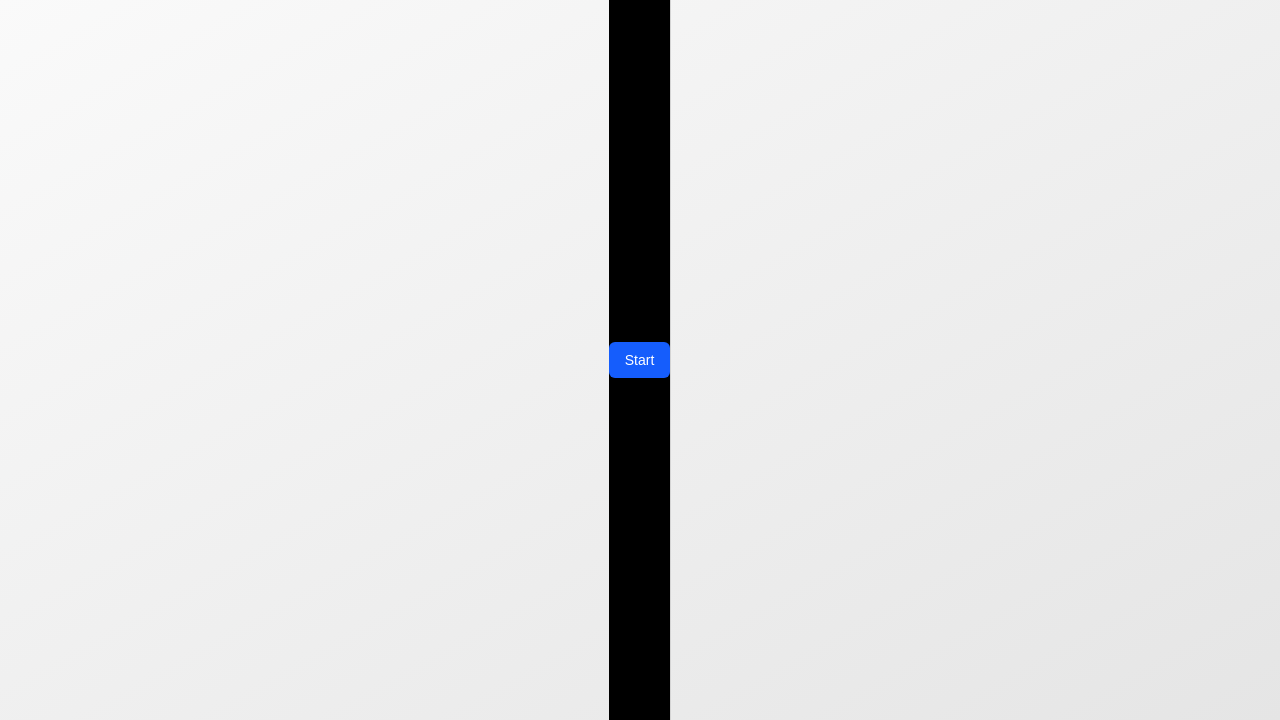
Repository: akanksha653/connectify
Page: /anonymous
The author's editor kept a copy of each file at every save. The page is drawn from the files as they stood at one save, then again after the next save.
The browser window is 1280 px wide. The pictures show the whole page.
The page's requests for data from a server got no answer. The project was rebuilt for these pictures with package versions that can differ from the ones it lists, and the page was loaded fresh each time. The framework's server and built-in components were replaced by stand-ins that run in the browser. No one was signed in, and anything a server would have sent is missing. Also part of the build but not shown: next.config.ts, components/video/LocalVideo.tsx, components/video/RemoteVideo.tsx, components/chat/Message.tsx, components/chat/ChatBox.tsx.

Above is the page before, as saved 2025-07-12 13:30:48.

### src/app/anonymous/page.tsx
"use client";

import React from "react";
// Update the import path below to the correct relative path if needed
import AnonymousChatRoom from "../../../features/anonymousChat/components/AnonymousChatRoom";

export default function AnonymousPage() {
  return (
    <main className="flex min-h-screen flex-col items-center justify-center bg-gradient-to-br from-neutral-50 to-neutral-200 dark:from-neutral-900 dark:to-neutral-800 px-4">
      <AnonymousChatRoom />
    </main>
  );
}

### features/anonymousChat/components/AnonymousChatRoom.tsx
"use client";

import React, { useEffect, useState, useCallback } from "react";
import useWebRTC from "../hooks/useWebRTC";
import useSocket from "../hooks/useSocket";
import LocalVideo from "../../../components/video/LocalVideo";
import RemoteVideo from "../../../components/video/RemoteVideo";
import ChatBox from "../../../components/chat/ChatBox";
import FindingPartner from "./FindingPartner";
import Button from "../../../components/common/Button";

export default function AnonymousChatRoom() {
  const [roomId, setRoomId] = useState<string | null>(null);
  const [isOfferer, setIsOfferer] = useState<boolean | null>(null);
  const [loading, setLoading] = useState(false);
  const [chatStarted, setChatStarted] = useState(false);

  const socket = useSocket();

  // ✅ Initialize WebRTC only when roomId & isOfferer are assigned
  const { localStream, remoteStream, stopWebRTC } = useWebRTC(roomId, isOfferer);

  /**
   * ✅ Handle 'matched' event from server
   */
  const handleMatched = useCallback(
    ({
      roomId,
      partnerId,
      isOfferer,
    }: {
      roomId: string;
      partnerId: string;
      isOfferer: boolean;
    }) => {
      console.log("🎉 Matched in room:", roomId, "Offerer:", isOfferer);
      setRoomId(roomId);
      setIsOfferer(isOfferer);
      setLoading(false);

      // ✅ Join assigned room after server matching
      socket?.emit("join-room", roomId);
    },
    [socket]
  );

  /**
   * ✅ Register matched event listener
   */
  useEffect(() => {
    if (!socket) return;

    socket.off("matched", handleMatched); // Prevent duplicate listeners
    socket.on("matched", handleMatched);

    return () => {
      socket.off("matched", handleMatched);
    };
  }, [socket, handleMatched]);

  /**
   * ✅ Listen for socket connect/disconnect
   */
  useEffect(() => {
    if (!socket) return;

    const handleDisconnect = () => {
      console.log("⚠️ Disconnected from socket server");
      setLoading(true);
    };

    const handleConnect = () => {
      console.log("✅ Connected to socket server:", socket.id);
    };

    socket.on("disconnect", handleDisconnect);
    socket.on("connect", handleConnect);

    return () => {
      socket.off("disconnect", handleDisconnect);
      socket.off("connect", handleConnect);
    };
  }, [socket]);

  /**
   * ✅ Update loading state when remote stream arrives
   */
  useEffect(() => {
    if (remoteStream) {
      setLoading(false);
    }
  }, [remoteStream]);

  /**
   * ✅ Leave room on unmount
   */
  useEffect(() => {
    return () => {
      if (socket && roomId) {
        socket.emit("leave-room", roomId);
        console.log("👋 Left room:", roomId);
        stopWebRTC();
      }
    };
  }, [socket, roomId, stopWebRTC]);

  /**
   * ✅ Start chat handler
   */
  const handleStart = () => {
    setLoading(true);
    setChatStarted(true);
    socket?.emit("find-partner");
    console.log("🔍 Looking for partner...");
  };

  /**
   * ✅ Stop chat handler
   */
  const handleStop = () => {
    if (roomId) {
      socket?.emit("leave-room", roomId);
      console.log("🛑 Stopped chat, left room:", roomId);
    }
    stopWebRTC();
    setRoomId(null);
    setIsOfferer(null);
    setChatStarted(false);
    setLoading(false);
  };

  /**
   * ✅ Skip partner handler
   */
  const handleSkip = () => {
    console.log("⏭️ Skipping to next partner...");
    handleStop(); // Leave current room & cleanup
    handleStart(); // Find next partner
  };

  return (
    <div className="flex flex-col md:flex-row h-screen">
      {/* Video Section */}
      <div className="flex-1 bg-black flex items-center justify-center relative">
        {!chatStarted ? (
          <Button label="Start" onClick={handleStart} />
        ) : loading ? (
          <FindingPartner />
        ) : (
          <>
            <div className="absolute top-4 left-4 flex gap-2">
              <Button label="Stop" onClick={handleStop} className="bg-red-600 hover:bg-red-700" />
              <Button label="Skip" onClick={handleSkip} className="bg-yellow-600 hover:bg-yellow-700" />
            </div>
            <div className="absolute bottom-4 right-4 w-40 h-40 border-2 border-white rounded-md overflow-hidden">
              {localStream ? (
                <LocalVideo stream={localStream} />
              ) : (
                <div className="text-white text-sm">Loading camera...</div>
              )}
            </div>
            <RemoteVideo stream={remoteStream} />
          </>
        )}
      </div>

      {/* Chat Section */}
      <div className="md:w-1/3 bg-neutral-100 dark:bg-neutral-800 border-l border-neutral-300 dark:border-neutral-700 flex flex-col">
        {roomId && <ChatBox socket={socket} roomId={roomId} />}
      </div>
    </div>
  );
}

### features/anonymousChat/hooks/useWebRTC.ts
// features/anonymousChat/hooks/useWebRTC.ts

import { useEffect, useRef, useState, useCallback } from "react";
import { io, Socket } from "socket.io-client";

const SOCKET_URL = process.env.NEXT_PUBLIC_SOCKET_URL;

export default function useWebRTC(roomId: string | null, isOfferer: boolean | null) {
  const [remoteStream, setRemoteStream] = useState<MediaStream | null>(null);
  const [localStream, setLocalStream] = useState<MediaStream | null>(null);
  const peerConnectionRef = useRef<RTCPeerConnection | null>(null);
  const socketRef = useRef<Socket | null>(null);

  const iceServers = {
    iceServers: [
      { urls: "stun:stun.l.google.com:19302" },
      { urls: "stun:stun1.l.google.com:19302" },
      // 🔒 Add TURN servers for production behind NAT/firewalls
    ],
  };

  const initWebRTC = useCallback(async () => {
    if (!roomId || isOfferer === null) {
      console.log("⏳ Waiting for server-assigned roomId and role...");
      return;
    }

    if (!SOCKET_URL) {
      console.error("❌ NEXT_PUBLIC_SOCKET_URL is not defined");
      return;
    }

    try {
      // ✅ Connect to signaling server
      socketRef.current = io(SOCKET_URL, {
        transports: ["websocket"],
      });

      socketRef.current.on("connect", () => {
        console.log("✅ Connected to socket server:", socketRef.current?.id);
      });

      // ✅ Get local media stream immediately
      const stream = await navigator.mediaDevices.getUserMedia({ video: true, audio: true });
      setLocalStream(stream);
      console.log("📷 Obtained local media stream");

      // ✅ Create RTCPeerConnection
      peerConnectionRef.current = new RTCPeerConnection(iceServers);
      console.log("🔧 Created RTCPeerConnection");

      // ✅ Add local tracks to peer connection
      stream.getTracks().forEach((track) => {
        peerConnectionRef.current?.addTrack(track, stream);
      });

      // ✅ Handle remote stream
      peerConnectionRef.current.ontrack = (event) => {
        console.log("📡 Received remote stream track");
        setRemoteStream(event.streams[0]);
      };

      // ✅ Monitor connection state
      peerConnectionRef.current.onconnectionstatechange = () => {
        console.log("🔗 Connection state:", peerConnectionRef.current?.connectionState);
      };

      // ✅ Handle ICE candidates generated locally
      peerConnectionRef.current.onicecandidate = (event) => {
        if (event.candidate) {
          console.log("📤 Sending ICE candidate");
          socketRef.current?.emit("ice-candidate", { candidate: event.candidate, roomId });
        }
      };

      // ✅ Join room and wait for confirmation before offer creation
      socketRef.current.emit("join-room", roomId);

      socketRef.current.on("joined-room", async (joinedRoomId) => {
        console.log("🏠 Successfully joined room:", joinedRoomId);

        if (isOfferer) {
          console.log("📞 Creating offer...");
          const offer = await peerConnectionRef.current!.createOffer();
          await peerConnectionRef.current!.setLocalDescription(offer);
          socketRef.current?.emit("offer", { offer, roomId });
          console.log("📤 Sent offer:", offer);
        }
      });

      // ✅ Listen for offer
      socketRef.current.on("offer", async ({ offer }) => {
        console.log("📩 Received offer:", offer);
        await peerConnectionRef.current!.setRemoteDescription(new RTCSessionDescription(offer));
        const answer = await peerConnectionRef.current!.createAnswer();
        await peerConnectionRef.current!.setLocalDescription(answer);
        socketRef.current?.emit("answer", { answer, roomId });
        console.log("📤 Sent answer:", answer);
      });

      // ✅ Listen for answer
      socketRef.current.on("answer", async ({ answer }) => {
        console.log("📩 Received answer:", answer);
        await peerConnectionRef.current!.setRemoteDescription(new RTCSessionDescription(answer));
      });

      // ✅ Listen for ICE candidates from remote peer
      socketRef.current.on("ice-candidate", async ({ candidate }) => {
        console.log("📩 Received ICE candidate:", candidate);
        try {
          await peerConnectionRef.current!.addIceCandidate(new RTCIceCandidate(candidate));
        } catch (error) {
          console.error("❌ Error adding received ICE candidate:", error);
        }
      });
    } catch (error) {
      console.error("❌ Failed to initialize WebRTC:", error);
    }
  }, [roomId, isOfferer]);

  const stopWebRTC = useCallback(() => {
    console.log("🛑 Manually stopping WebRTC and socket connections");

    // ✅ Close peer connection
    if (peerConnectionRef.current) {
      peerConnectionRef.current.close();
      peerConnectionRef.current = null;
    }

    // ✅ Stop local media tracks
    if (localStream) {
      localStream.getTracks().forEach((track) => track.stop());
      setLocalStream(null);
    }

    // ✅ Disconnect socket
    if (socketRef.current) {
      socketRef.current.disconnect();
      socketRef.current = null;
    }

    // ✅ Clear remote stream
    setRemoteStream(null);
  }, [localStream]);

  // ✅ Initialize when roomId and isOfferer change
  useEffect(() => {
    initWebRTC();

    return () => {
      stopWebRTC();
    };
  }, [initWebRTC, stopWebRTC]);

  return { localStream, remoteStream, stopWebRTC };
}

### features/anonymousChat/hooks/useSocket.ts
// features/anonymousChat/hooks/useSocket.ts

import { useEffect, useState } from "react";
import { io, Socket } from "socket.io-client";

const SOCKET_URL = process.env.NEXT_PUBLIC_SOCKET_URL;

export default function useSocket(): Socket | null {
  const [socket, setSocket] = useState<Socket | null>(null);

  useEffect(() => {
    if (!SOCKET_URL) {
      console.error("❌ NEXT_PUBLIC_SOCKET_URL is not defined");
      return;
    }

    const newSocket = io(SOCKET_URL, {
      transports: ["websocket"],
      reconnectionAttempts: 3,
      reconnectionDelay: 1000,
      forceNew: true, // ✅ ensures fresh connection per hook usage
    });

    newSocket.on("connect", () => {
      console.log("✅ Connected to socket server:", newSocket.id);
    });

    newSocket.on("disconnect", () => {
      console.log("❌ Disconnected from socket server");
    });

    newSocket.on("connect_error", (err) => {
      console.error("⚠️ Socket connection error:", err.message);
    });

    setSocket(newSocket);

    return () => {
      newSocket.disconnect();
    };
  }, []);

  return socket;
}

### components/common/Button.tsx
"use client";

import React from "react";
import { cn } from "@/utils/cn";

interface ButtonProps extends React.ButtonHTMLAttributes<HTMLButtonElement> {
  label: string;
  icon?: React.ReactNode;
  loading?: boolean;
  variant?: "start" | "stop" | "skip" | "primary";
}

export default function Button({
  label,
  icon,
  loading = false,
  disabled,
  className,
  variant = "primary",
  ...props
}: ButtonProps) {
  const baseStyle =
    "inline-flex items-center justify-center text-white px-4 py-2 rounded-md text-sm font-medium transition disabled:opacity-50 disabled:cursor-not-allowed focus:outline-none focus:ring-2 focus:ring-offset-2";

  const variantStyle = {
    start: "bg-green-600 hover:bg-green-700 focus:ring-green-500",
    stop: "bg-red-600 hover:bg-red-700 focus:ring-red-500",
    skip: "bg-yellow-500 hover:bg-yellow-600 focus:ring-yellow-400 text-black",
    primary: "bg-blue-600 hover:bg-blue-700 focus:ring-blue-500",
  };

  return (
    <button
      disabled={disabled || loading}
      {...props}
      className={cn(baseStyle, variantStyle[variant], className)}
    >
      {loading ? (
        <svg
          className="animate-spin h-4 w-4 mr-2 text-white"
          xmlns="http://www.w3.org/2000/svg"
          fill="none"
          viewBox="0 0 24 24"
        >
          <circle
            className="opacity-25"
            cx="12"
            cy="12"
            r="10"
            stroke="currentColor"
            strokeWidth="4"
          ></circle>
          <path
            className="opacity-75"
            fill="currentColor"
            d="M4 12a8 8 0 018-8v4l3-3-3-3v4a8 8 0 018 8h-4l3 3 3-3h-4a8 8 0 01-8 8z"
          ></path>
        </svg>
      ) : icon ? (
        <span className="mr-2">{icon}</span>
      ) : null}
      {label}
    </button>
  );
}

### src/utils/cn.ts
import { clsx } from "clsx";
import { twMerge } from "tailwind-merge";

/**
 * Combines Tailwind classes intelligently with clsx and tailwind-merge
 */
export function cn(...inputs: any[]) {
  return twMerge(clsx(inputs));
}

### features/anonymousChat/components/FindingPartner.tsx
"use client";

import React from "react";

export default function FindingPartner() {
  return (
    <div className="flex flex-col items-center justify-center h-full py-20">
      {/* Spinner */}
      <div
        className="w-12 h-12 border-4 border-blue-500 border-t-transparent rounded-full animate-spin mb-6"
        role="status"
        aria-label="Loading spinner"
      ></div>

      {/* Animated loading text */}
      <p className="text-neutral-700 dark:text-neutral-300 text-lg flex items-center">
        Looking for a partner
        <span className="ml-1 animate-pulse">...</span>
      </p>
    </div>
  );
}

Loaded but not shown: src/app/layout.tsx (common file); src/app/globals.css (common file)

After the next save:
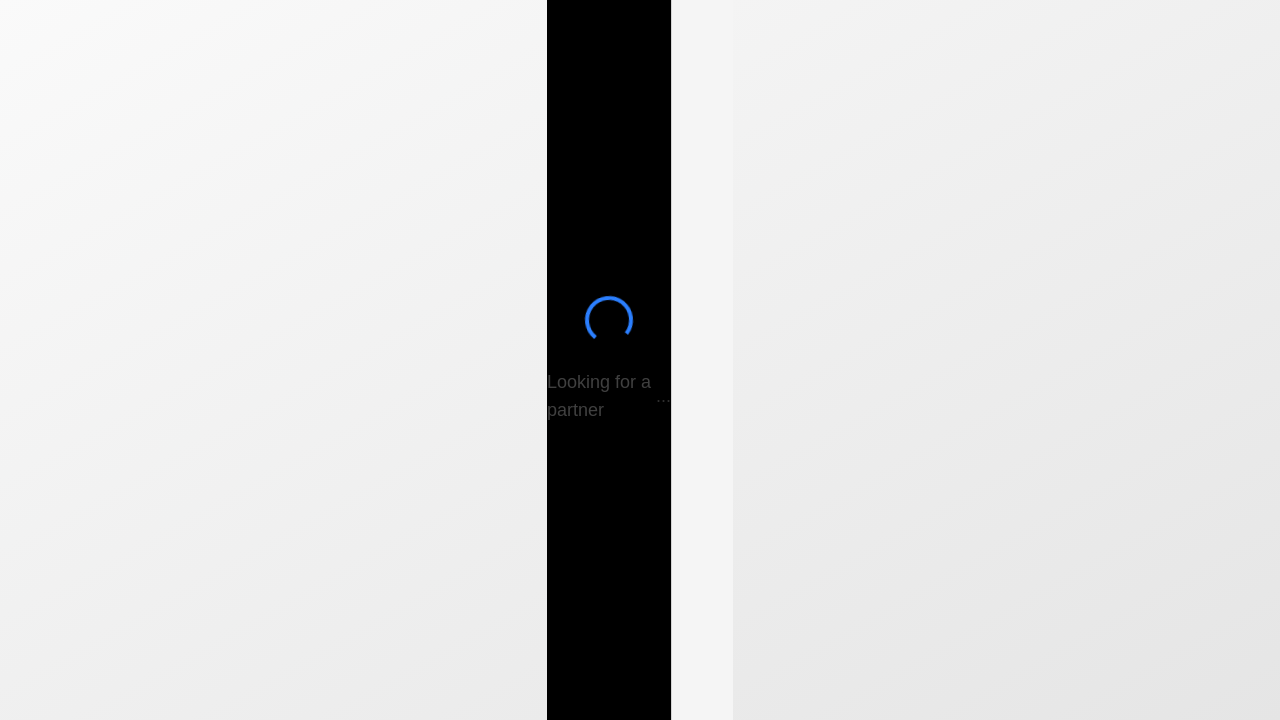
Saved 3 min 25 s later.
--- a/features/anonymousChat/components/AnonymousChatRoom.tsx
+++ b/features/anonymousChat/components/AnonymousChatRoom.tsx
@@ -7,21 +7,19 @@ import LocalVideo from "../../../components/video/LocalVideo";
 import RemoteVideo from "../../../components/video/RemoteVideo";
 import ChatBox from "../../../components/chat/ChatBox";
 import FindingPartner from "./FindingPartner";
-import Button from "../../../components/common/Button";
 
 export default function AnonymousChatRoom() {
   const [roomId, setRoomId] = useState<string | null>(null);
   const [isOfferer, setIsOfferer] = useState<boolean | null>(null);
-  const [loading, setLoading] = useState(false);
-  const [chatStarted, setChatStarted] = useState(false);
+  const [loading, setLoading] = useState(true);
 
   const socket = useSocket();
 
   // ✅ Initialize WebRTC only when roomId & isOfferer are assigned
-  const { localStream, remoteStream, stopWebRTC } = useWebRTC(roomId, isOfferer);
+  const { localStream, remoteStream } = useWebRTC(roomId, isOfferer);
 
   /**
-   * ✅ Handle 'matched' event from server
+   * ✅ Handle 'matched' event from server with useCallback
    */
   const handleMatched = useCallback(
     ({
@@ -36,7 +34,6 @@ export default function AnonymousChatRoom() {
       console.log("🎉 Matched in room:", roomId, "Offerer:", isOfferer);
       setRoomId(roomId);
       setIsOfferer(isOfferer);
-      setLoading(false);
 
       // ✅ Join assigned room after server matching
       socket?.emit("join-room", roomId);
@@ -59,7 +56,7 @@ export default function AnonymousChatRoom() {
   }, [socket, handleMatched]);
 
   /**
-   * ✅ Listen for socket connect/disconnect
+   * ✅ Listen for socket connect/disconnect for stability
    */
   useEffect(() => {
     if (!socket) return;
@@ -92,66 +89,25 @@ export default function AnonymousChatRoom() {
   }, [remoteStream]);
 
   /**
-   * ✅ Leave room on unmount
+   * ✅ Leave room on unmount for cleanup
    */
   useEffect(() => {
     return () => {
       if (socket && roomId) {
         socket.emit("leave-room", roomId);
         console.log("👋 Left room:", roomId);
-        stopWebRTC();
       }
     };
-  }, [socket, roomId, stopWebRTC]);
-
-  /**
-   * ✅ Start chat handler
-   */
-  const handleStart = () => {
-    setLoading(true);
-    setChatStarted(true);
-    socket?.emit("find-partner");
-    console.log("🔍 Looking for partner...");
-  };
-
-  /**
-   * ✅ Stop chat handler
-   */
-  const handleStop = () => {
-    if (roomId) {
-      socket?.emit("leave-room", roomId);
-      console.log("🛑 Stopped chat, left room:", roomId);
-    }
-    stopWebRTC();
-    setRoomId(null);
-    setIsOfferer(null);
-    setChatStarted(false);
-    setLoading(false);
-  };
-
-  /**
-   * ✅ Skip partner handler
-   */
-  const handleSkip = () => {
-    console.log("⏭️ Skipping to next partner...");
-    handleStop(); // Leave current room & cleanup
-    handleStart(); // Find next partner
-  };
+  }, [socket, roomId]);
 
   return (
     <div className="flex flex-col md:flex-row h-screen">
       {/* Video Section */}
       <div className="flex-1 bg-black flex items-center justify-center relative">
-        {!chatStarted ? (
-          <Button label="Start" onClick={handleStart} />
-        ) : loading ? (
+        {loading ? (
           <FindingPartner />
         ) : (
           <>
-            <div className="absolute top-4 left-4 flex gap-2">
-              <Button label="Stop" onClick={handleStop} className="bg-red-600 hover:bg-red-700" />
-              <Button label="Skip" onClick={handleSkip} className="bg-yellow-600 hover:bg-yellow-700" />
-            </div>
             <div className="absolute bottom-4 right-4 w-40 h-40 border-2 border-white rounded-md overflow-hidden">
               {localStream ? (
                 <LocalVideo stream={localStream} />
